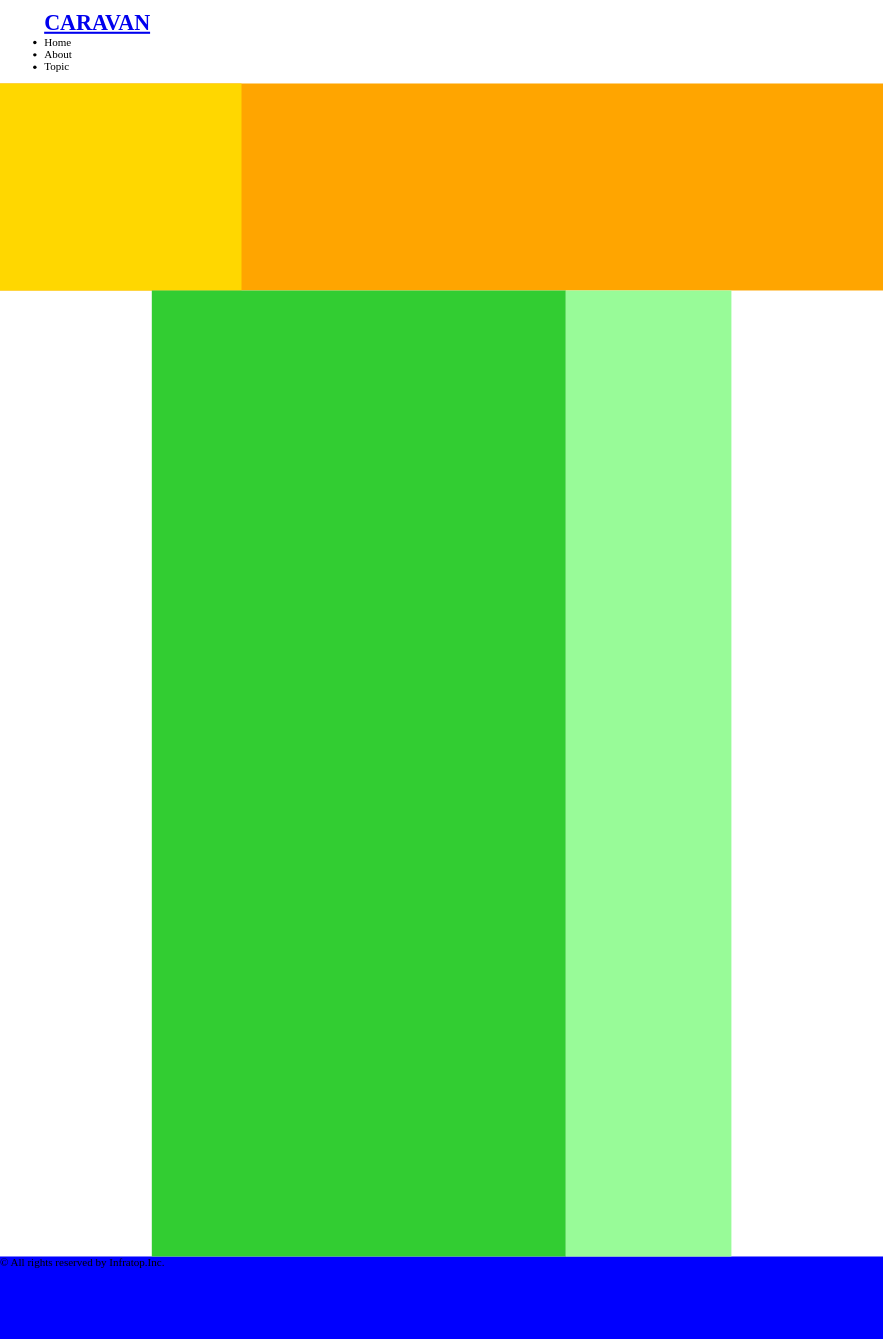
Repository: sutanuki/webcamp
Page: html,css/caravan/index.html
The author's editor kept a record of every edit. The page is drawn from the files as they stood at one moment, then again after the next edit.
The browser window is 1280 px wide. The pictures show the whole page, at 69% of full size.

Above is the page before.

### html,css/caravan/index.html
<!DOCTYPE html>
<html lang="ja">
  <head>
    <meta charset="UTF-8" />
    <link rel="stylesheet" href="style.css" />
    <title>CARAVAN</title>
  </head>
  <body>
    <header>
      <h1>
        <a href="index.html">CARAVAN</a>
      </h1>
      <nav>
        <ul>
          <li>Home</li>
          <li>About</li>
          <li>Topic</li>
        </ul>
      </nav>
    </header>
    <div class="main-visual">
      <div class="main-visual-content"></div>
    </div>
    <div class="main">
      <div class="blog"></div>
      <div class="sidebar"></div>
    </div>
    <footer><p>&copy All rights reserved by Infratop.Inc.</p></footer>
  </body>
</html>

### html,css/caravan/style.css
* {
  margin: 0;
  padding: 0;
  box-sizing: border-box;
}
header {
  width: 90%;
  margin: 0 auto;
  padding: 15px 0;
}
.main-visual {
  width: 100%;
  height: 300px;
  background-color: orange;
}
.main-visual-content {
  width: 350px;
  height: 300px;
  background-color: gold;
}
.main {
  width: 840px;
  display: flex;
  justify-content: center;
  margin: 0 auto;
}
.blog {
  width: 600px;
  height: 1400px;
  background-color: limegreen;
}
.sidebar {
  width: 240px;
  height: 1400px;
  background-color: palegreen;
}
footer {
  width: 100%;
  height: 120px;
  background-color: blue;
}

After the next edit:
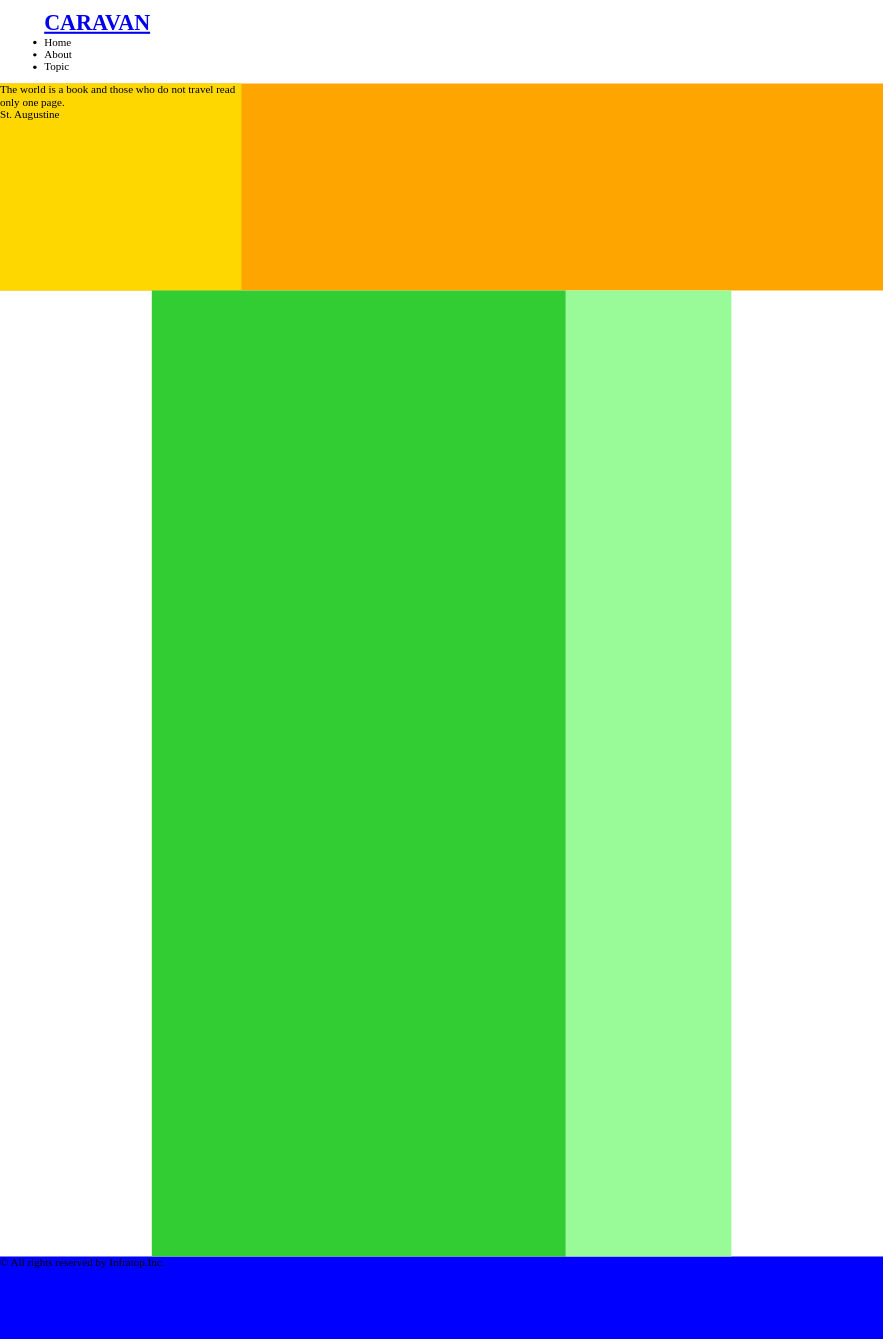
The edit:
--- a/html,css/caravan/index.html
+++ b/html,css/caravan/index.html
@@ -19,7 +19,14 @@
       </nav>
     </header>
     <div class="main-visual">
-      <div class="main-visual-content"></div>
+      <div class="main-visual-content">
+        <p class="main-visual-text">
+          The world is a book and those who do not travel read only one page.
+        </p>
+        <p class="main-visual-name">
+          St. Augustine
+        </p>
+      </div>
     </div>
     <div class="main">
       <div class="blog"></div>
